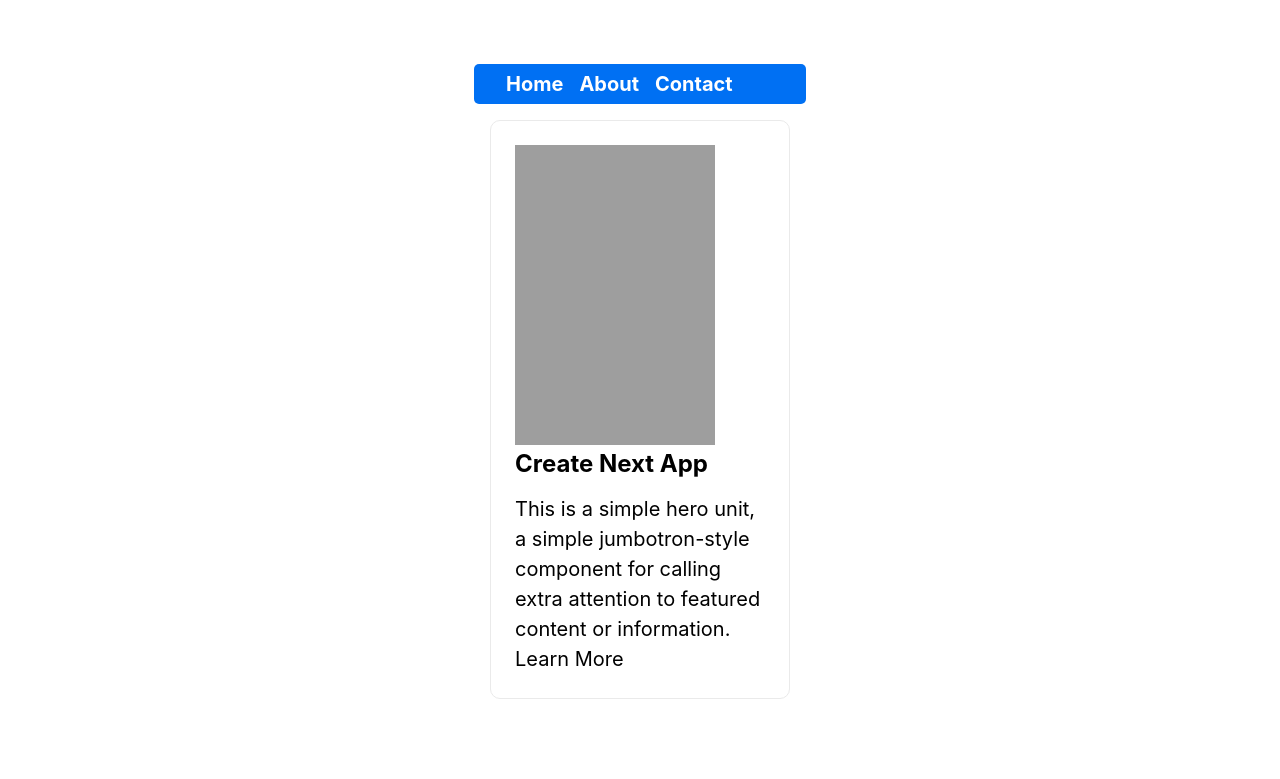
Repository: icode247/nextauth-app
Page: /
These files come from the project's save history. The page is drawn as it stood at one moment and after a run of saves; the edit follows.
The browser window is 1280 px wide. The pictures show the whole page.
Pictures or frames that could not be fetched are drawn as grey boxes. The project was rebuilt for these pictures with package versions that can differ from the ones it lists, and the page was loaded fresh each time. The framework's server and built-in components were replaced by stand-ins that run in the browser. Also part of the build but not shown: next.config.js.

Above is the page before, as saved 2022-08-15 00:18:42.

### pages/index.tsx
import type { NextPage } from 'next'
import Head from 'next/head'
import Image from 'next/image'
import styles from '../styles/Home.module.css'

const Home: NextPage = () => {
  return (
    <div className={styles.container}>
      <Head>
        <title>Create Next App</title>
        <meta name="description" content="Generated by create next app" />
        <link rel="icon" href="/favicon.ico" />
      </Head>

      <main className={styles.main}>
        <div>
          {/* Create navbar */}
          <nav className={styles.navbar}>
            <div className={styles.navbarLinks}>
              <a href="#">Home</a>
              <a href="#">About</a>
              <a href="#">Contact</a>
            </div>
          </nav>
          {/* create book card */}
          <div className={styles.card}>
            <div className={styles.cardImage}>
              <Image src="/images/book.jpg" alt="book" width={200} height={300} />
            </div>
            <div className={styles.cardContent}>
              <h2>Create Next App</h2>
              <p>
                This is a simple hero unit, a simple jumbotron-style component for calling
                extra attention to featured content or information.
              </p>
              <p>
                <a className={styles.btn} href="https://nextjs.org/docs" target="_blank">
                  Learn More
                </a>
              </p>
            </div>
          </div>
        </div>
      </main>
    </div>
  )
}

export default Home

### styles/Home.module.css
.container {
  padding: 0 2rem;
}

.main {
  min-height: 100vh;
  padding: 4rem 0;
  flex: 1;
  display: flex;
  flex-direction: column;
  justify-content: center;
  align-items: center;
}

.footer {
  display: flex;
  flex: 1;
  padding: 2rem 0;
  border-top: 1px solid #eaeaea;
  justify-content: center;
  align-items: center;
}

.footer a {
  display: flex;
  justify-content: center;
  align-items: center;
  flex-grow: 1;
}

.title a {
  color: #0070f3;
  text-decoration: none;
}

.title a:hover,
.title a:focus,
.title a:active {
  text-decoration: underline;
}

.title {
  margin: 0;
  line-height: 1.15;
  font-size: 4rem;
}

.title,
.description {
  text-align: center;
}

.description {
  margin: 4rem 0;
  line-height: 1.5;
  font-size: 1.5rem;
}

.code {
  background: #fafafa;
  border-radius: 5px;
  padding: 0.75rem;
  font-size: 1.1rem;
  font-family: Menlo, Monaco, Lucida Console, Liberation Mono, DejaVu Sans Mono,
    Bitstream Vera Sans Mono, Courier New, monospace;
}

.grid {
  display: flex;
  align-items: center;
  justify-content: center;
  flex-wrap: wrap;
  max-width: 800px;
}

.card {
  margin: 1rem;
  padding: 1.5rem;
  text-align: left;
  color: inherit;
  text-decoration: none;
  border: 1px solid #eaeaea;
  border-radius: 10px;
  transition: color 0.15s ease, border-color 0.15s ease;
  max-width: 300px;
}

.card:hover,
.card:focus,
.card:active {
  color: #0070f3;
  border-color: #0070f3;
}

.card h2 {
  margin: 0 0 1rem 0;
  font-size: 1.5rem;
}

.card p {
  margin: 0;
  font-size: 1.25rem;
  line-height: 1.5;
}

.logo {
  height: 1em;
  margin-left: 0.5rem;
}

.navbar{
  display: flex;
  justify-content: space-between;
  align-items: center;
  padding: 0.5rem 1rem;
  background: #0070f3;
  color: #fff;
  font-size: 1.25rem;
  font-weight: bold;
  border-radius: 5px;
}

.navbarLinks{
  display: flex;
  align-items: center;
  justify-content: space-between;
}

.navbarLinks a{
  color: #fff;
  text-decoration: none;
  margin-left: 1rem;
  font-size: 1.25rem;
  font-weight: bold;
  border-radius: 5px;
  transition: color 0.15s ease, border-color 0.15s ease;
  max-width: 300px;
}



@media (max-width: 600px) {
  .grid {
    width: 100%;
    flex-direction: column;
  }
}

@media (prefers-color-scheme: dark) {
  .card,
  .footer {
    border-color: #222;
  }
  .code {
    background: #111;
  }
  .logo img {
    filter: invert(1);
  }
}

Loaded but not shown: pages/_app.tsx (common file); styles/globals.css (common file)

After the next 2 saves:
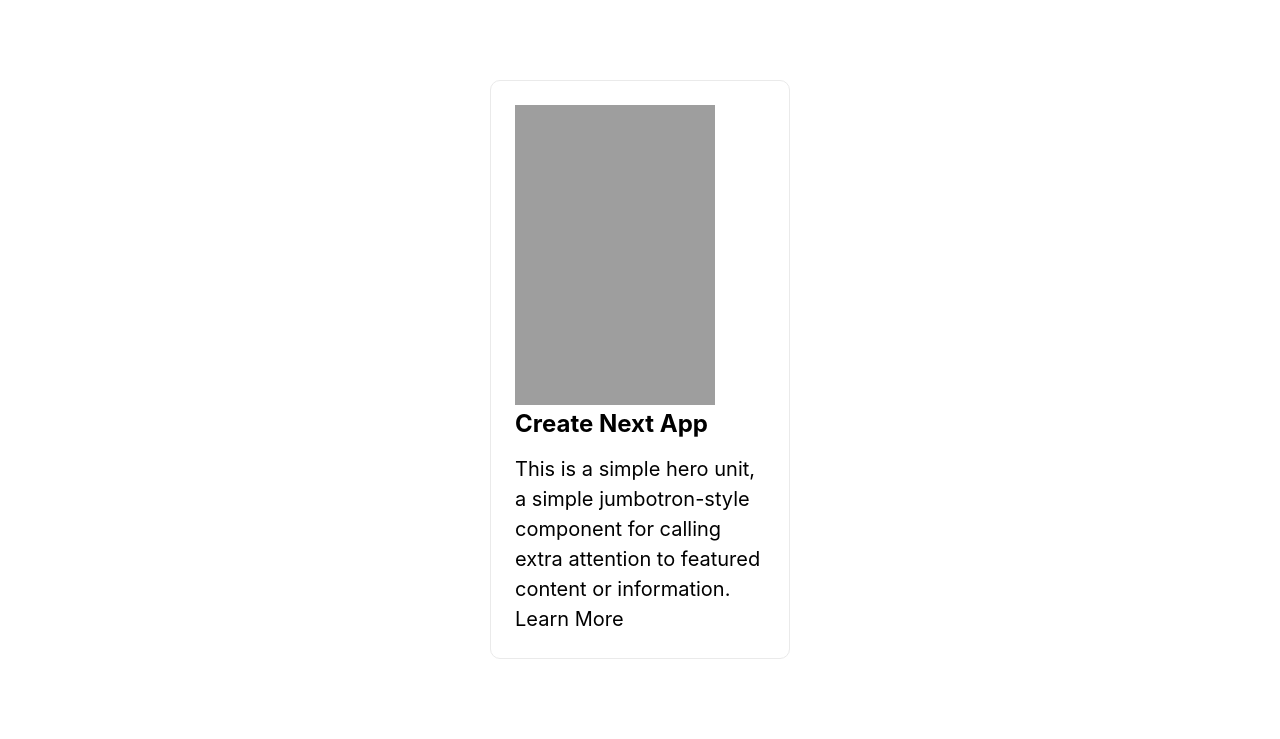
The 2 saves are shown as one change because they came seconds apart.
The last was saved 34 s later.
--- a/pages/index.tsx
+++ b/pages/index.tsx
@@ -14,14 +14,6 @@
 
       <main className={styles.main}>
         <div>
-          {/* Create navbar */}
-          <nav className={styles.navbar}>
-            <div className={styles.navbarLinks}>
-              <a href="#">Home</a>
-              <a href="#">About</a>
-              <a href="#">Contact</a>
-            </div>
-          </nav>
           {/* create book card */}
           <div className={styles.card}>
             <div className={styles.cardImage}>
